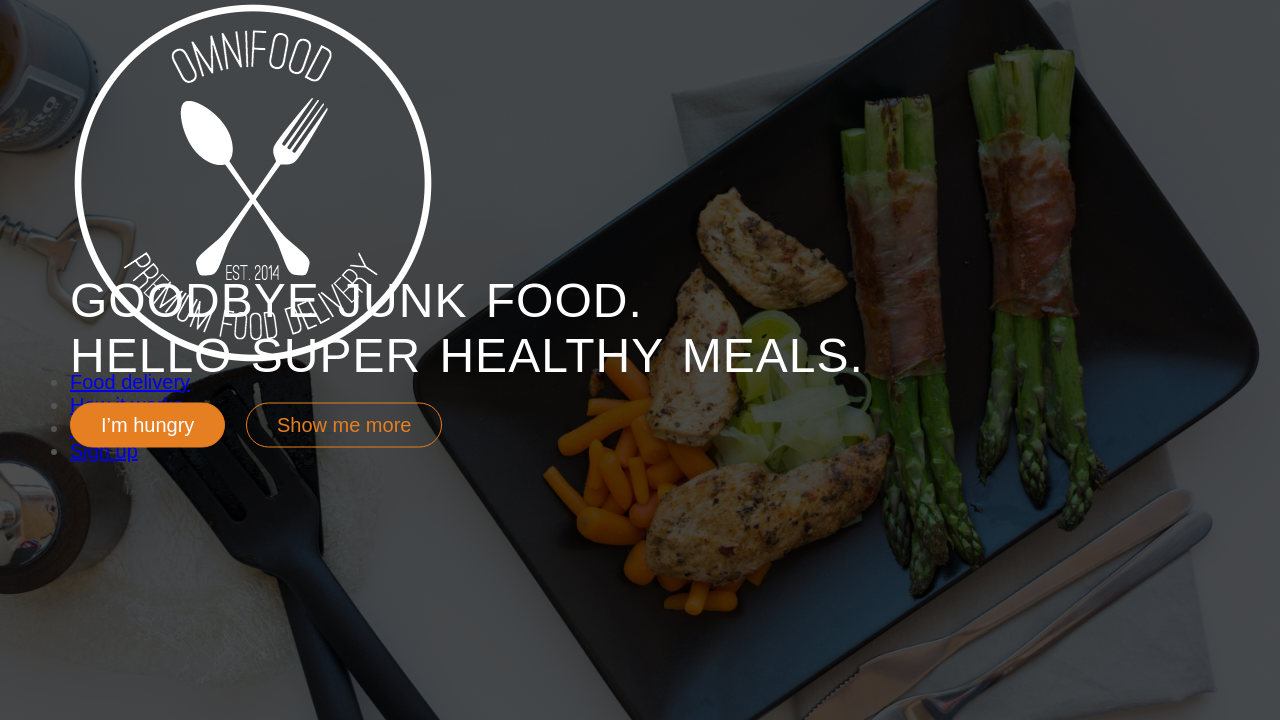
Repository: pboi18/E-Foods
Page: index.html
The author's editor kept a copy of each file at every save. The page is drawn from the files as they stood at one save, then again after the next save.
The browser window is 1280 px wide. The pictures show the whole page.

Above is the page before, as saved 2020-07-09 22:32:10.

After the next save:
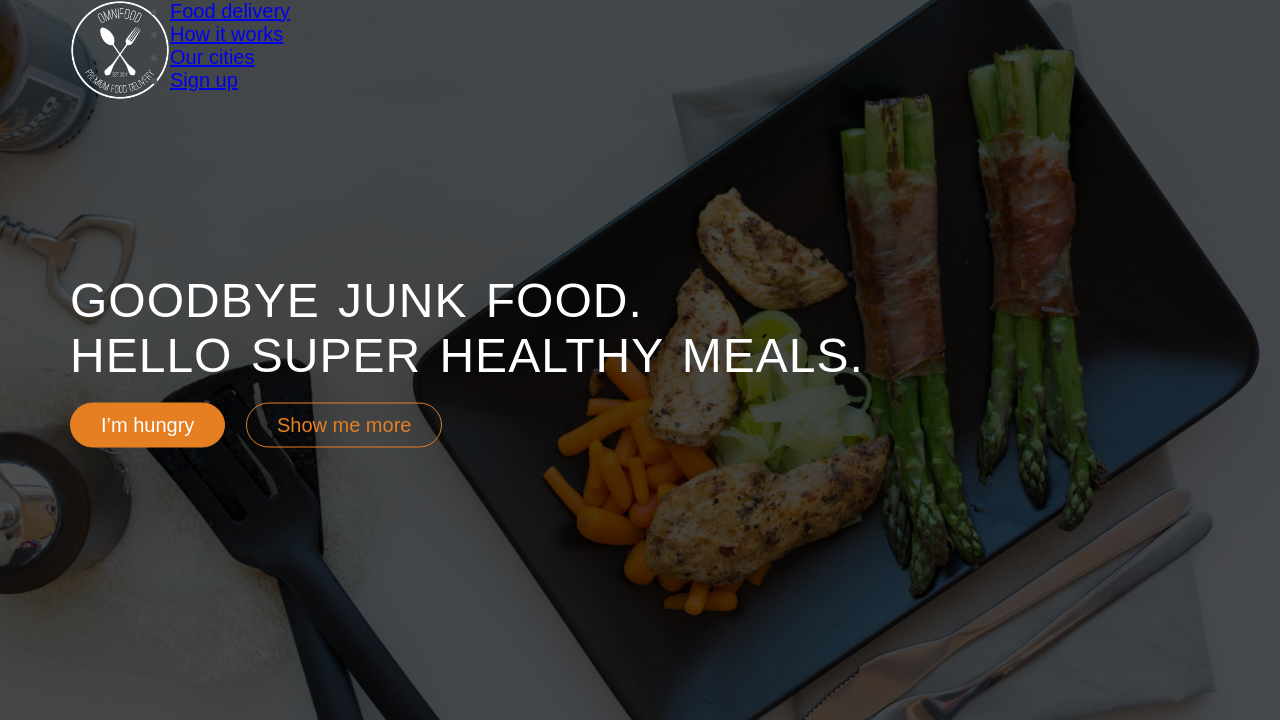
Saved 87 s later.
--- a/resources/css/style.css
+++ b/resources/css/style.css
@@ -108,3 +108,9 @@ header {
     left: 50%;
     transform: translate(-50%, -50%);
 }
+
+.logo {
+    height: 100px;
+    width: auto;
+    float: left;
+}
